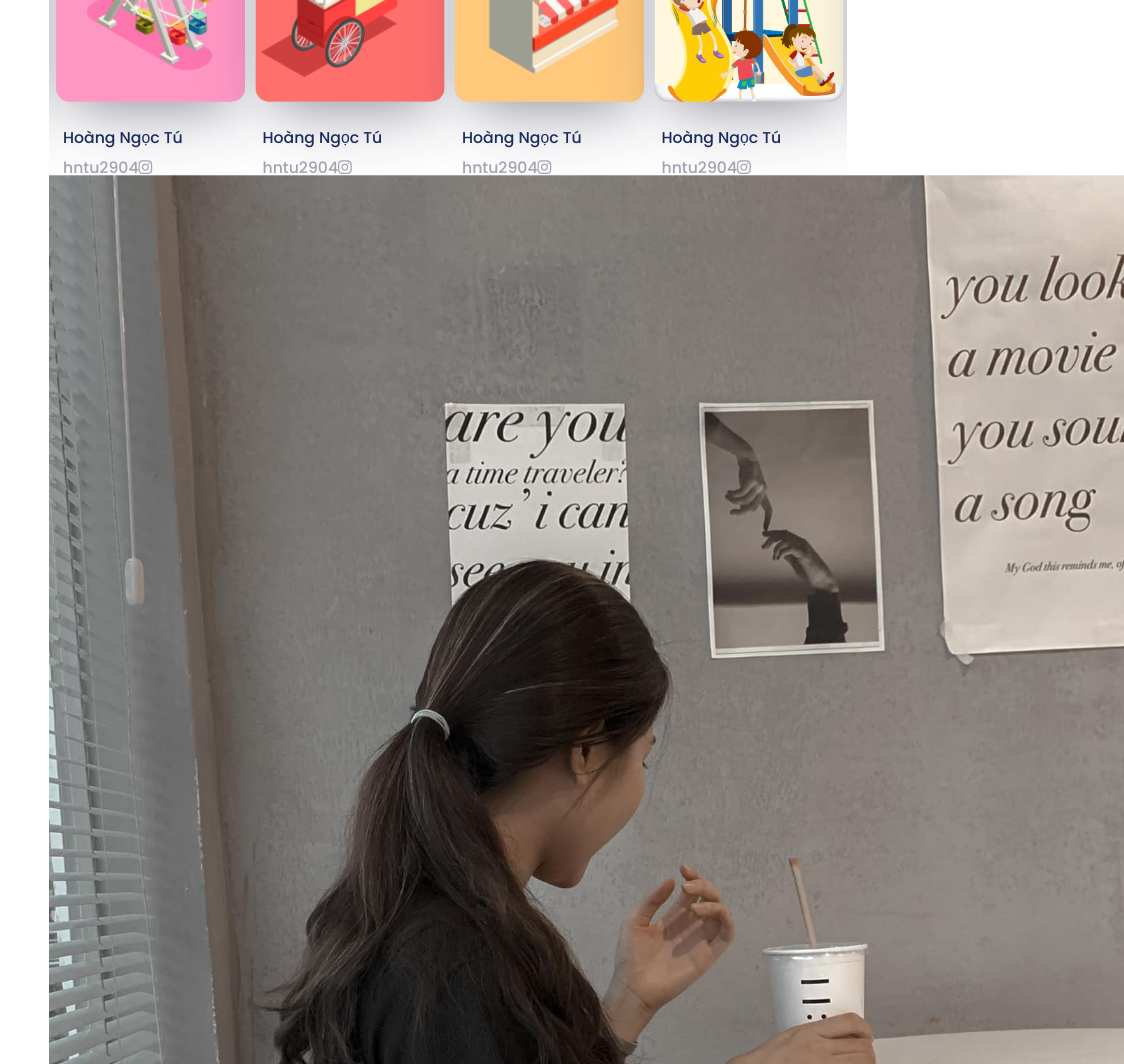
Repository: lausamtuong/Cut-psd-to-html
Page: index.html
These files come from the project's save history. The page is drawn as it stood at one moment and after the next save; the edit follows.
The browser window is 1280 px wide. The page is 1606 px wide, then 1280 px, so the pictures cover 1606 px, including what lies to the right of the window. The pictures show the part of the page from y = 949 to 2469 px (the page is 3317 px tall before and 1282 px after), at 70% of full size.
Some web libraries are served in a nearby version. The style sheet was rebuilt from its Sass, Less or Tailwind sources for each picture, by a compiler version that may differ from the author's.

Above is the page before, as saved 2021-12-07 08:25:25.

### index.html
<!DOCTYPE html>
<html lang="en">
<head>
    <meta charset="UTF-8">
    <meta http-equiv="X-UA-Compatible" content="IE=edge">
    <meta name="viewport" content="width=device-width, initial-scale=1.0">
    <script src="https://unpkg.com/babel-standalone@6/babel.min.js"></script>
    <link rel="stylesheet" href="https://cdnjs.cloudflare.com/ajax/libs/font-awesome/6.0.0-beta3/css/all.min.css" integrity="sha512-Fo3rlrZj/k7ujTnHg4CGR2D7kSs0v4LLanw2qksYuRlEzO+tcaEPQogQ0KaoGN26/zrn20ImR1DfuLWnOo7aBA==" crossorigin="anonymous" referrerpolicy="no-referrer" />
    <title>Playground</title>
    <link
        rel="stylesheet"
        type="text/css"
        href="https://cdn.jsdelivr.net/npm/slick-carousel@1.8.1/slick/slick.css"
      />
    <link rel="stylesheet" href="style.css">
    <link rel="stylesheet" href="reset.css">
    <link href="https://fonts.googleapis.com/css2?family=Lato:ital,wght@1,700;1,900&family=Poppins:wght@300;500;700&display=swap" rel="stylesheet">

</head>
<body>
    <div class="wrapper">
        <header class="header">
            <div class="container header__iner">
                <a href="index.html" class="logo">
                    <span class="logo__text">Image</span>Tour
                </a>
                <nav class="header__menu">
                    <ul class="header__menu-list">
                        <li class="header__menu-item">
                            <a href="#" class="header__menu-link">Events</a>
                        </li>
                        <li class="header__menu-item">
                            <a href="#" class="header__menu-link">Pricing</a>
                        </li>
                        <li class="header__menu-item">
                            <a href="#" class="header__menu-link">Blog</a>
                        </li>
                        <li class="header__menu-item">
                            <a href="#" class="header__menu-link btn btn--border btn--rounded">Login</a>
                        </li>
                    </ul>
                </nav>
            </div>
        </header>
        <section class="banner">
            <div class="container">
                <h1 class="banner__headding">
                   The Images Tour
                </h1>
                <p class="banner__decs">New exxperiences for you </p>
                <div class="banner__buttons">
                    <a href="" class="btn btn--border btn--rounded">Explore</a>
                    <a href="" class="btn btn--rounded btn--primary">Buy Tickets</a>
                </div>
            </div>
        </section>
        <section class="category">
            <div class="container">
                <ul class="category-list">
                </ul>
            </div>
        </section>
        <section class="fearture">
            <div class="container">
                <div class="fearture__item">
                    <div class="fearture__img">
                        <img src="./img/5.jpg" alt="">
                    </div>
                    <div class="fearture__info">
                        <h3 class="fearture__title">Thdhasid ASDIO ASDOPI ASUDI ASOD</h3>
                        <p class="fearture__decs">Lorem ipsum dolor sit amet consectetur adipisicing elit. Vitae deleniti quos nisi molestias ex corporis enim nostrum sit rerum reiciendis eos quae repudiandae, dolor, animi totam dicta itaque? Exercitationem, et.</p>
                        <ul class="fearture-intro__list">
                            <li class="fearture__item">
                                Lorem ipsum dolor sit amet consectetur adipisicing elit.
                            </li>
                        </ul>
                    </div>
                </div>
            </div>
        </section>
    </div>
    <script
    type="text/javascript"
    src="https://code.jquery.com/jquery-1.11.0.min.js"
  ></script>
  <script
    type="text/javascript"
    src="https://code.jquery.com/jquery-migrate-1.2.1.min.js"
  ></script>
  <script
    type="text/javascript"
    src="https://cdn.jsdelivr.net/npm/slick-carousel@1.8.1/slick/slick.min.js"
  ></script>

  <script src="https://unpkg.com/react@17/umd/react.development.js" crossorigin></script>
  <script src="https://unpkg.com/react-dom@17/umd/react-dom.development.js" crossorigin></script>
  <script type="text/babel" src="./app.js"> </script>
</body>
</html>

### reset.css
/* http://meyerweb.com/eric/tools/css/reset/
   v2.0 | 20110126
   License: none (public domain)
*/

html, body, div, span, applet, object, iframe,
h1, h2, h3, h4, h5, h6, p, blockquote, pre,
a, abbr, acronym, address, big, cite, code,
del, dfn, em, img, ins, kbd, q, s, samp,
small, strike, strong, sub, sup, tt, var,
b, u, i, center,
dl, dt, dd, ol, ul, li,
fieldset, form, label, legend,
table, caption, tbody, tfoot, thead, tr, th, td,
article, aside, canvas, details, embed,
figure, figcaption, footer, header, hgroup,
menu, nav, output, ruby, section, summary,
time, mark, audio, video {
	margin: 0;
	padding: 0;
	border: 0;
	font-size: 100%;
	font: inherit;
	vertical-align: baseline;
    font-family: "Poppins",sans-serif;
}
/* HTML5 display-role reset for older browsers */
article, aside, details, figcaption, figure,
footer, header, hgroup, menu, nav, section {
	display: block;
}
body {
	line-height: 1;
}
ol, ul {
	list-style: none;
}
blockquote, q {
	quotes: none;
}
blockquote:before, blockquote:after,
q:before, q:after {
	content: '';
	content: none;
}
table {
	border-collapse: collapse;
	border-spacing: 0;
}

### app.js

  function Component(Props){
      return (
         <React.Fragment >
              <li className="category-item">
                    <img src={Props.img} alt="" className="category__img"/>
                    <h3 className="category__name">{Props.name}</h3>
                     <a href="" className="category__details">
                         {Props.ins}
                        <i className="fab fa-instagram"></i>
                    </a>
                </li>
          </React.Fragment>
      )
  }
  function App(){
      return(<React.Fragment>
        <Component img="./img/img1.png" name="Hoàng Ngọc Tú" ins="hntu2904"/>
        <Component img="./img/img2.png" name="Hoàng Ngọc Tú" ins="hntu2904"/>
        <Component img="./img/img4.png" name="Hoàng Ngọc Tú" ins="hntu2904"/>
        <Component img="./img/img5.png" name="Hoàng Ngọc Tú" ins="hntu2904"/>
        <Component img="./img/img6.png" name="Hoàng Ngọc Tú" ins="hntu2904"/>
        <Component img="./img/img7.png" name="Hoàng Ngọc Tú" ins="hntu2904"/>
        <Component img="./img/img-8.png" name="Hoàng Ngọc Tú" ins="hntu2904"/>
        <Component img="./img/img9.png" name="Hoàng Ngọc Tú" ins="hntu2904"/>

      </React.Fragment>)
  }
  ReactDOM.render(<App/>,document.querySelector(".category-list"))
  $(document).ready(function(){
    $('.category-list').slick({
        infinite: true,
        slidesToShow: 4,
        autoplay: false,
        autoplaySpeed: 1000,
        prevArrow:"<button type='button' class='slick-prev slick-arrow'><i class='fa fa-angle-left' aria-hidden='true'></i></button>",
        nextArrow:"<button type='button' class='slick-next slick-arrow'><i class='fa fa-angle-right' aria-hidden='true'></i></button>"

    });
  });

### style.scss
$primary-color:#ffc87a;
$text-color:#1b2b5f;
a{
    text-decoration: none;
    &:hover{
        opacity: 0.9;
    }
    &:focus{
        color:$text-color
    }
}
.container{
    padding: 0 70px;
    max-width: 1500px;

    margin: 0 auto;

}
.header{
    padding-top: 4rem;
    &__iner{
        display: flex;
        justify-content:space-between;
        align-items: center;

    }
    &__menu{
        &-list{
        display: flex;
        align-items: center;
        }
        &-item{
            margin-left: 5rem;
            &:last-child{
                margin-left: 6rem;
            }
        }
        &-link{
            font-size: 1.4rem;
            &:hover{
                color:$primary-color;
                transition:  0.3s linear;
            }
        }
    }
}
.logo{
font-size: 2.3rem;
font-weight: 600;
&:focus{
    color: $text-color;
}
&__text{
    color:$primary-color
}
}
.banner{
    padding-top:10rem;
    max-width: 1000px;
    margin: 0 auto;
    text-align: center;
    &__headding{
        font-size: 4.5rem;
        color:$text-color;
        font-weight: 900;
        margin-bottom: 2rem;

    }
    &__decs{
        font-size: 1.4rem;
        font-weight: 300;
        line-height: 1.4;
        word-break: break-word;
        margin-bottom: 3.5rem;
    }
    &__buttons{
        display: flex;
        justify-content: center;
    }

}

.btn{
    outline: none;
    margin: 0 20px;
    font-size:1.4rem;
    text-align:center;
    color:&$text-color;
    padding: 1.5rem 3rem;
    display:inline-block;
    border:0;
    cursor: pointer;
    background-color: transparent;;
    &--border {
        border:2px solid currentColor;
    }
    &--rounded{
       border-radius: 100px;
    }
    &--primary{
        background-color: $primary-color;
    }
}
.category{
    margin-top: 180px;
    font-size: 1.4rem;
    &-list{
        display: flex;
        align-items: center;
        justify-content: space-between;
    }
    &__img{
        object-fit: cover;
        width:98%;
        height: 350px;
        border-radius: 20px;
        box-shadow: rgba(50, 50, 93, 0.25) 0px 50px 100px -20px, rgba(0, 0, 0, 0.3) 0px 30px 60px -30px, rgba(10, 37, 64, 0.35) 0px -2px 6px 0px inset;      }
    &-item{
        margin-left: 10px;
    }
    &__details{
        color:#a0a3b0;
        width:100%;
        display: inline-block;
        padding-left: 10px;
    }
    &__name{
        padding:40px 0px 20px 10px ;
        color:$text-color;
    }
}
.slick-prev{


    left:-40px;


}
.slick-arrow{
    position: absolute;
    height:40px;
    width: 70px;
    top:35%;
    background-color: $primary-color;
    z-index: 3;
    border: none;
    font-weight: 600;
    cursor: pointer;
    border-radius: 30px;

}
.slick-next{
    right:-40px;

}

After the next save:
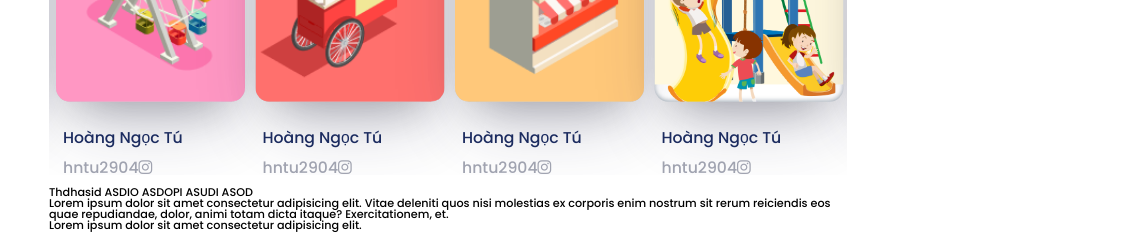
Saved 25 s later.
--- a/index.html
+++ b/index.html
@@ -64,7 +64,7 @@
             <div class="container">
                 <div class="fearture__item">
                     <div class="fearture__img">
-                        <img src="./img/5.jpg" alt="">
+                        <img src="." alt="">
                     </div>
                     <div class="fearture__info">
                         <h3 class="fearture__title">Thdhasid ASDIO ASDOPI ASUDI ASOD</h3>
